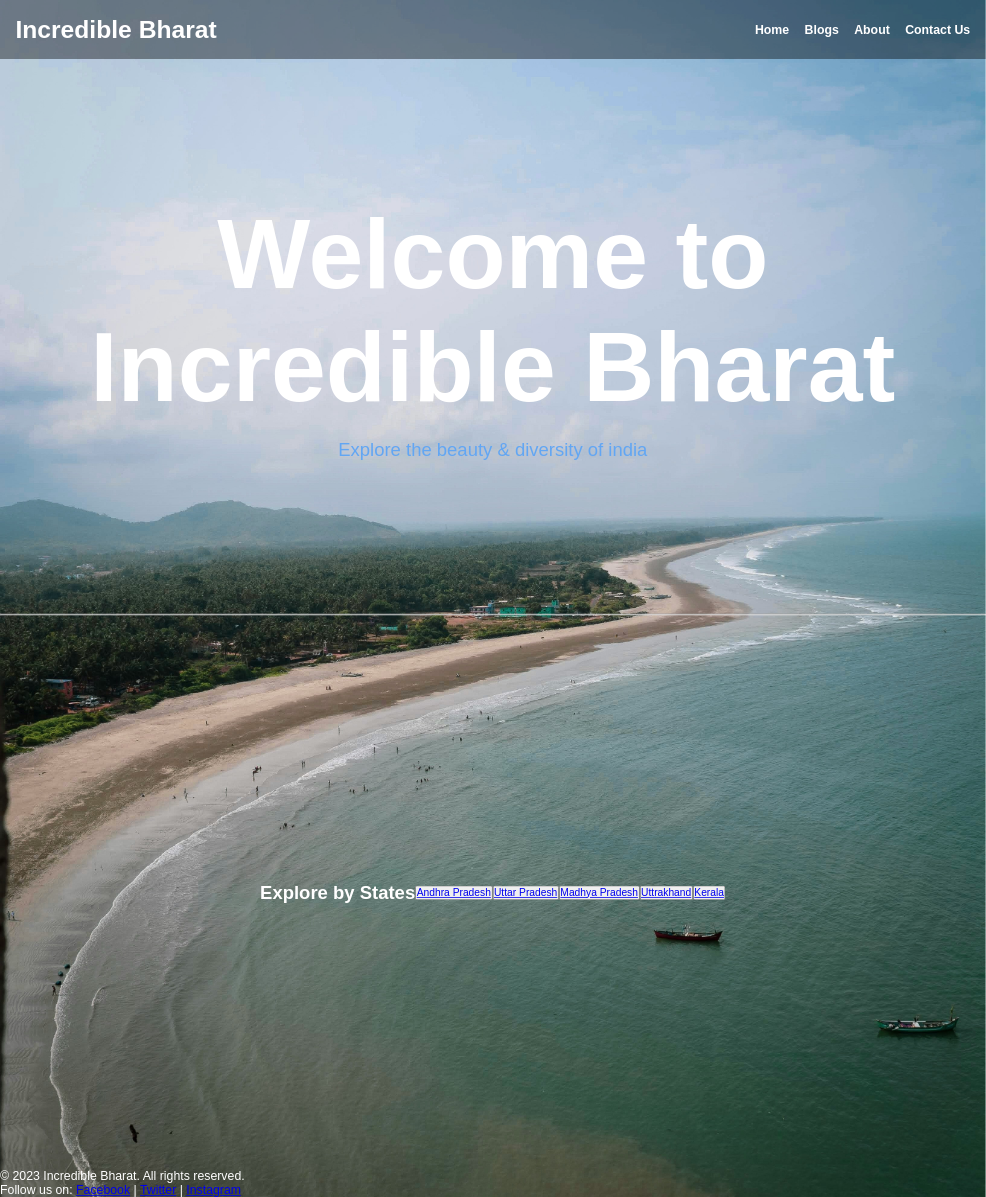
Repository: jaidhiman111/incrediblebharat
Page: index.html
These files come from the project's save history. The page is drawn as it stood at one moment and after the next save; the edit follows.
The browser window is 1280 px wide. The pictures show the whole page, at 77% of full size.
The pointer rests on the first visible `.hero-section a`.

Above is the page before, as saved 2025-04-30 22:08:21.

### index.html
<!DOCTYPE html>
<html lang="en">
<head>
    <meta charset="UTF-8">
    <link rel="stylesheet" href="/assets/style.css">
    <meta name="viewport" content="width=device-width, initial-scale=1.0">
    <title>Document</title>
</head>
<body>
    <!-- This is the header of the page. -->
    <header class="header">
        <div class="logo">
            <h1>Incredible Bharat</h1>
        </div>
        <div class="nav">
            <nav>
                <ul>
                    <li>
                        <a href="#">Home</a>
                        <a href="#">Blogs</a>
                        <a href="#">About</a>
                        <a href="#">Contact Us</a>
                    </li>
                </ul>
            </nav>
        </div>
    </header>
    <!-- This is the main content of the page. -->
     <main class="main-container">
        <section class="hero-section">
            <h2>Welcome to Incredible Bharat</h2>
            <a href="#">Explore the beauty & diversity of india</a>
        </section>
        <hr>
        <section class="state-section">
            <h2>Explore by States</h2>
            <button type="button"><a href="#">Andhra Pradesh</a></button>
            <button type="button"><a href="#">Uttar Pradesh</a></button>
            <button type="button"><a href="#">Madhya Pradesh</a></button>
            <button type="button"><a href="#">Uttrakhand</a></button>
            <button type="button"><a href="#">Kerala</a></button>
        </section>
     </main>
     <!-- This is the footer of the page. -->
      <footer class="footer">
        <div>
            <p>&copy; 2023 Incredible Bharat. All rights reserved.</p>
            <p>Follow us on:
                <a href="#">Facebook</a> |
                <a href="#">Twitter</a> |
                <a href="#">Instagram</a>
        </div>
      </footer>
</body>
</html>

### assets/style.css
* {
    box-sizing: border-box;
    margin: 0;
    padding: 0;
}

body {
    font-family: Arial, sans-serif;
    background-image: url('/media/bg-cover.jpg');
    background-size: cover;
    background-repeat: no-repeat;
    background-position: center;
    color: #fff;
}

/* This is for header */
.header {
    background-color: rgba(0, 0, 0, 0.4);
    display: flex;
    justify-content: space-between;
    align-items: center;
    padding: 20px;
    position: sticky;
    top: 0;
    text-align: center;
}

li {
    list-style: none;
    display: flex;
    gap: 20px;
}

li a {
    text-decoration: none;
    color: #fff;
    font-weight: bold;
}

a:hover {
    color: #ff6347;
}

/* This is for section */
.hero-section {
    display: flex;
    flex-direction: column;    /* stack items vertically */
    justify-content: center;   /* center vertically */
    align-items: center;       /* center horizontally */
    height: 100vh;
    text-align: center;
}

.hero-section h2 {
    font-size: 8rem;
    margin-bottom: 20px;
}

.hero-section a {
    text-decoration: none;
    color: #fff;
    font-size: 1.5rem;
    margin-bottom: 20px;
}

.hero-section a:hover {
    color: #62a6f3;
}

.state-section {
    display: flex;
    justify-content: center;
    align-items: center;
    height: 100vh;
    text-align: center;
}

After the next save:
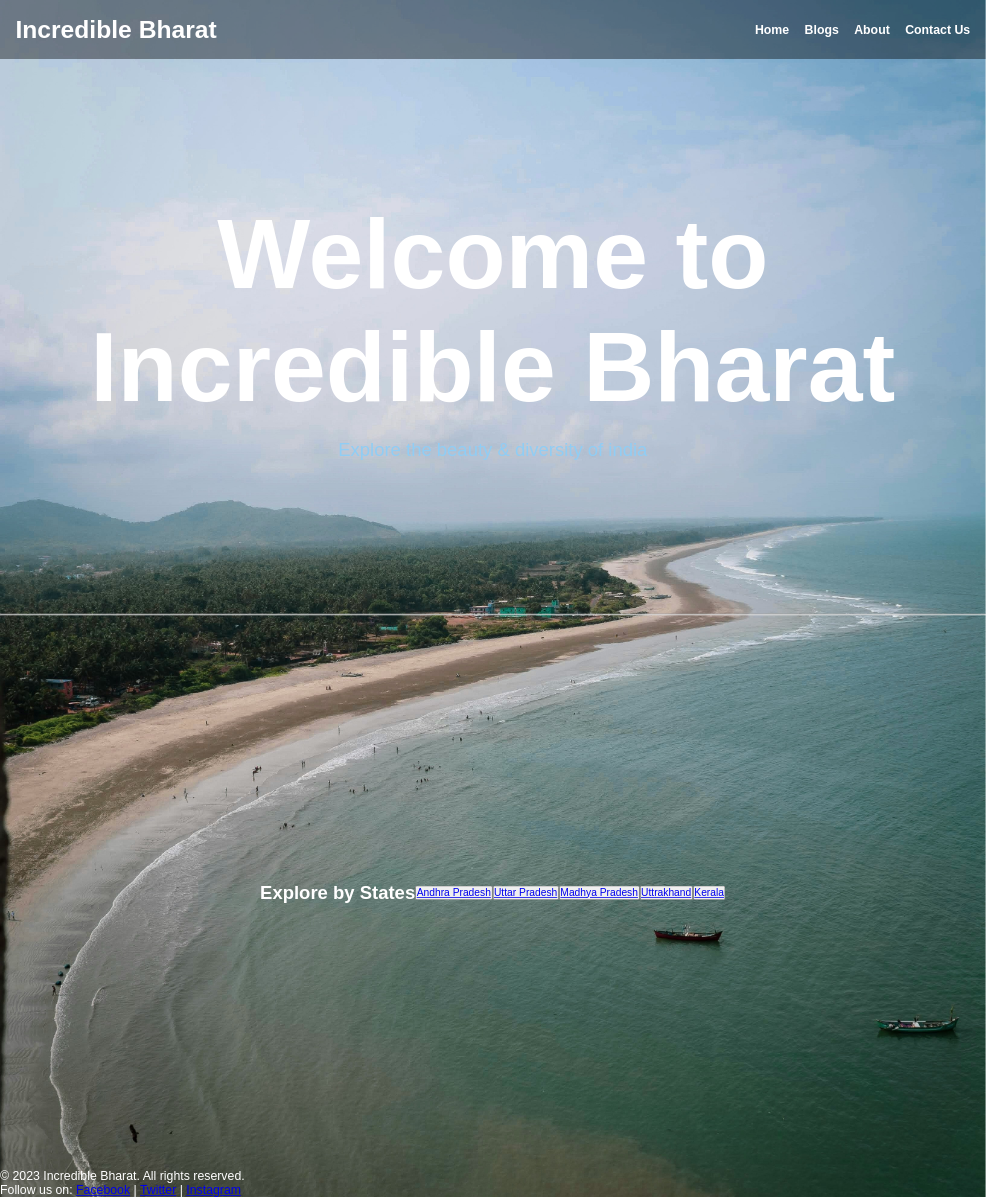
Saved 73 s later.
--- a/assets/style.css
+++ b/assets/style.css
@@ -64,7 +64,7 @@ a:hover {
 }
 
 .hero-section a:hover {
-    color: #62a6f3;
+    color: #90cdf4;
 }
 
 .state-section {

After the save that followed:
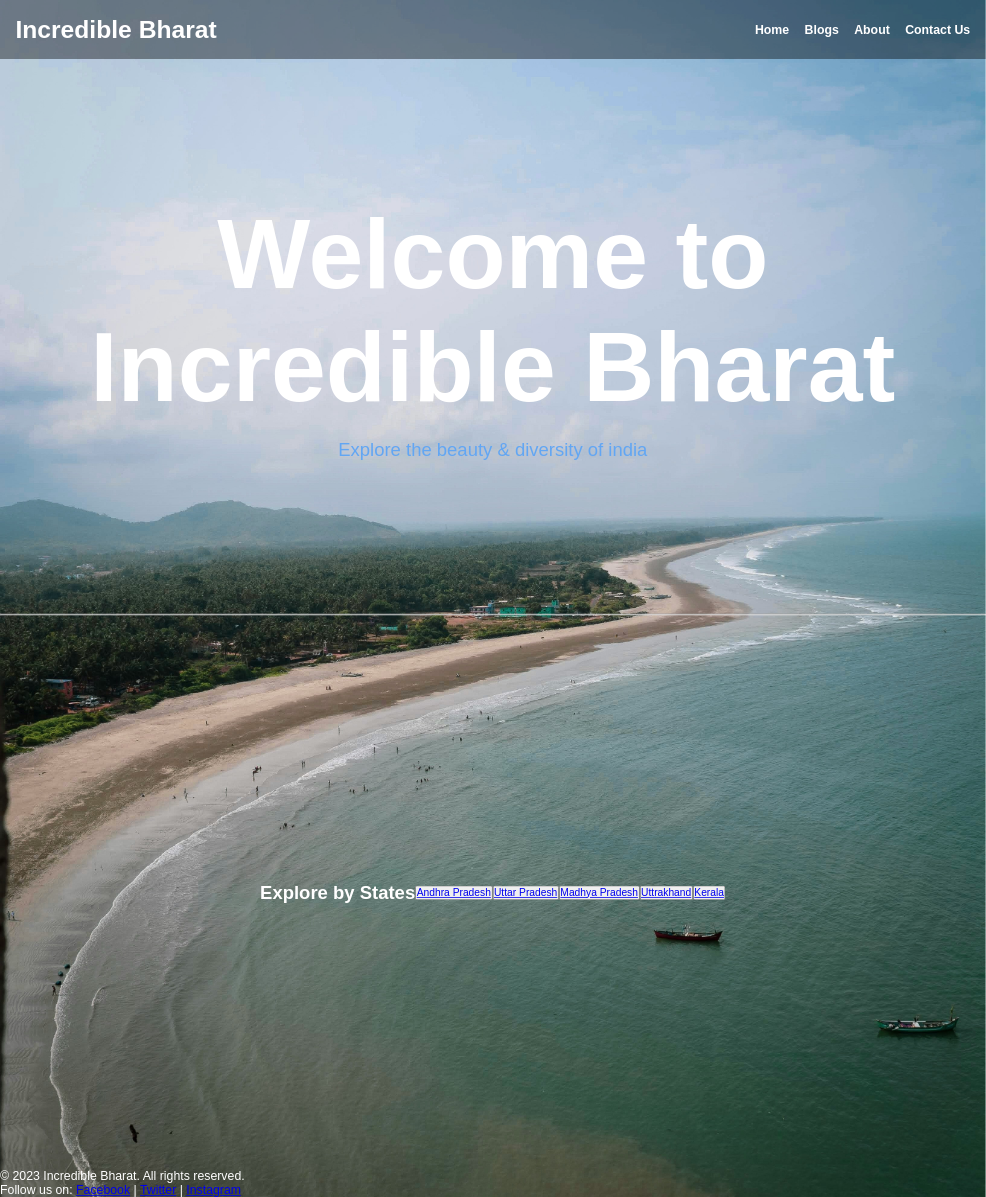
Saved 7 s later.
--- a/assets/style.css
+++ b/assets/style.css
@@ -64,7 +64,7 @@ a:hover {
 }
 
 .hero-section a:hover {
-    color: #90cdf4;
+    color: #62a6f3;
 }
 
 .state-section {
